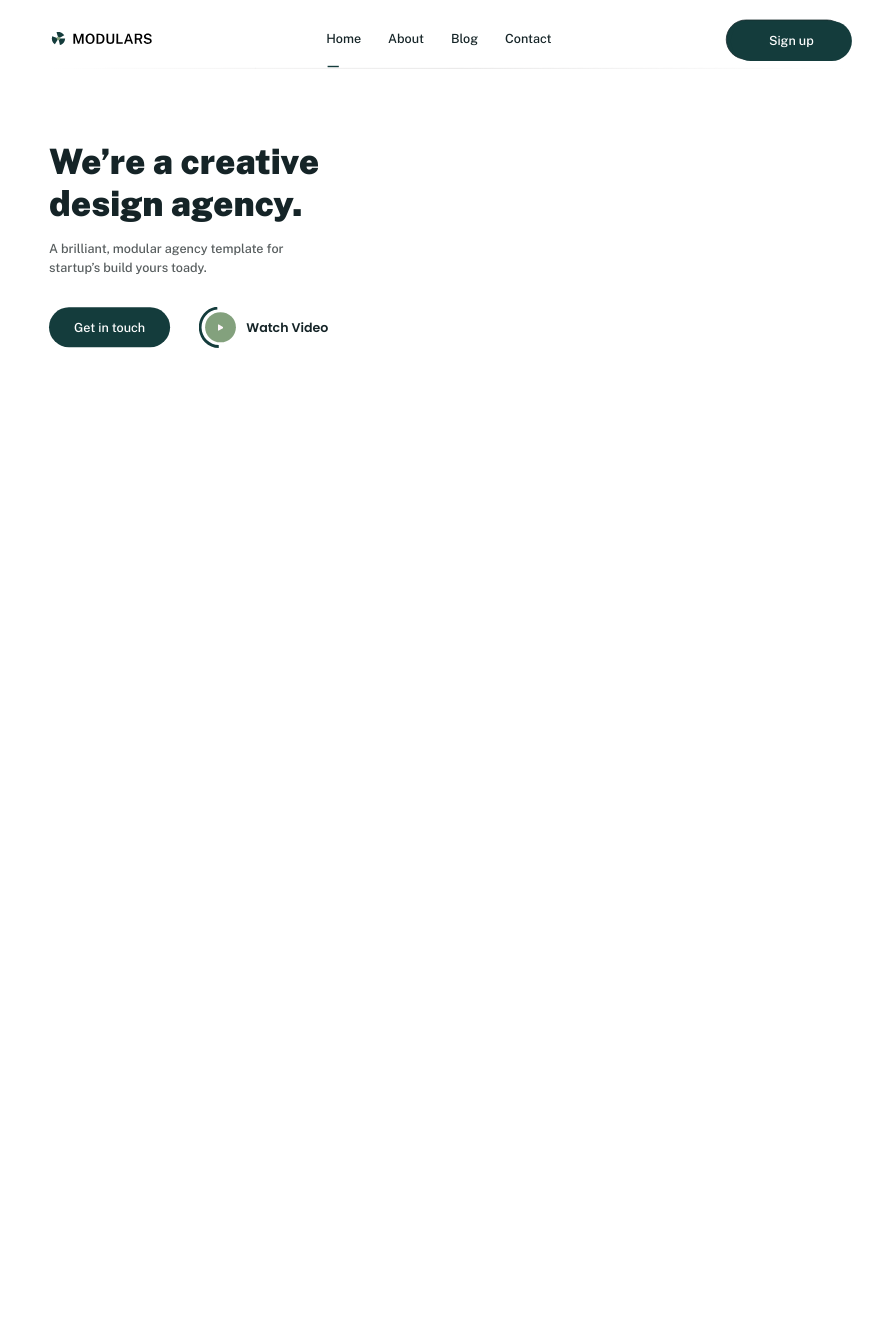
Repository: Learncode-every-day/Project-3.1
Page: index.html
An editor plug-in stored every save of this project. The page is shown before and after the next save, followed by the edit.
The browser window is 1280 px wide. The pictures show the part of the page from y = 0 to 1920 px (the page is 5015 px tall), at 70% of full size.

Above is the page before, as saved 2024-06-22 16:10:53.

After the next save:
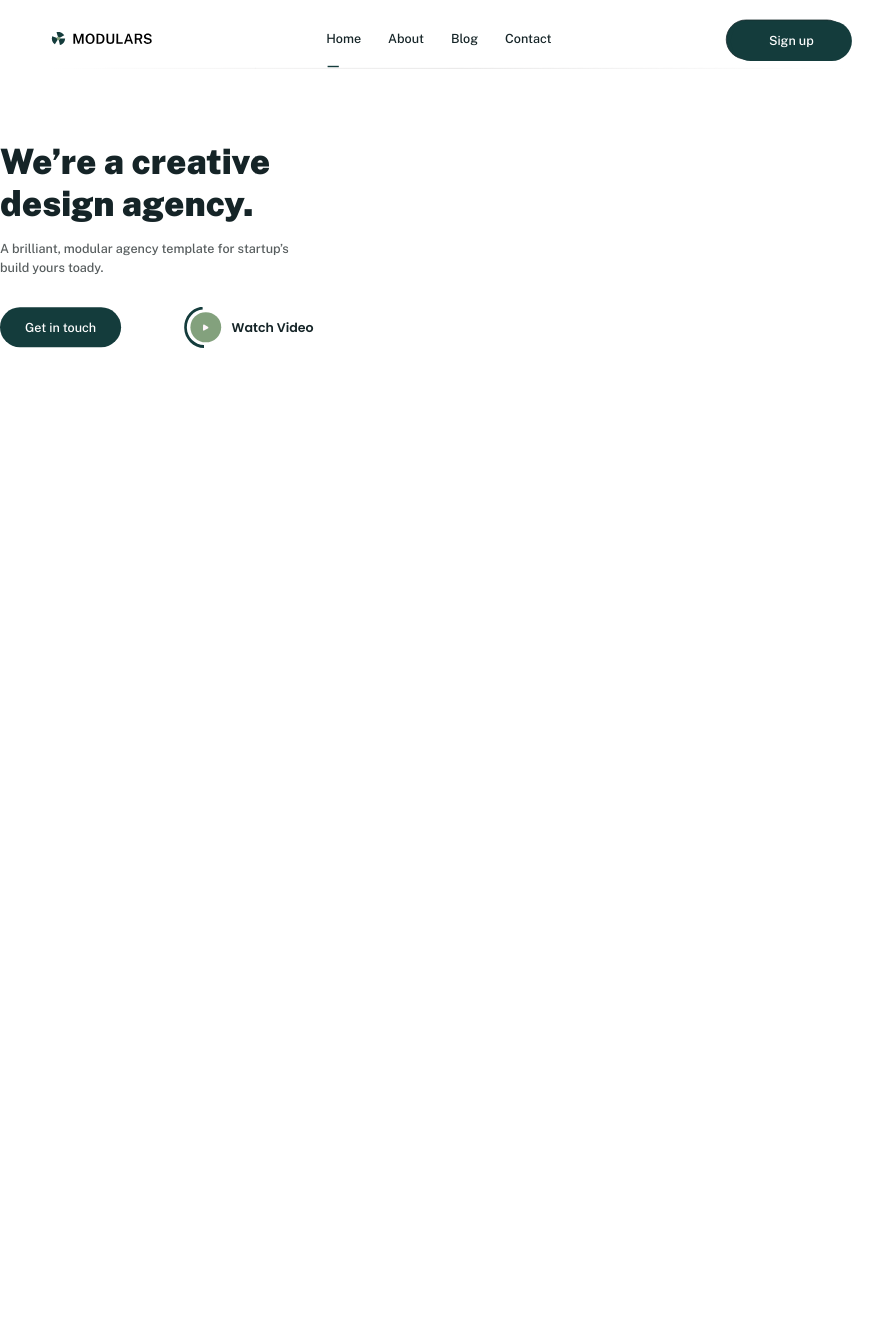
Saved 3 min 29 s later.
--- a/index.html
+++ b/index.html
@@ -127,7 +127,8 @@
                     </button>
                 </div>
                 <div class="separate-line"></div>
-
+            </div>
+            <main>
                 <!-- Hero -->
                 <section class="hero">
                     <!-- Hero Content -->
@@ -161,7 +162,7 @@
                         </div>
                     </section>
                 </section>
-            </div>
+            </main>
         </header>
     </body>
 </html>

After the save that followed:
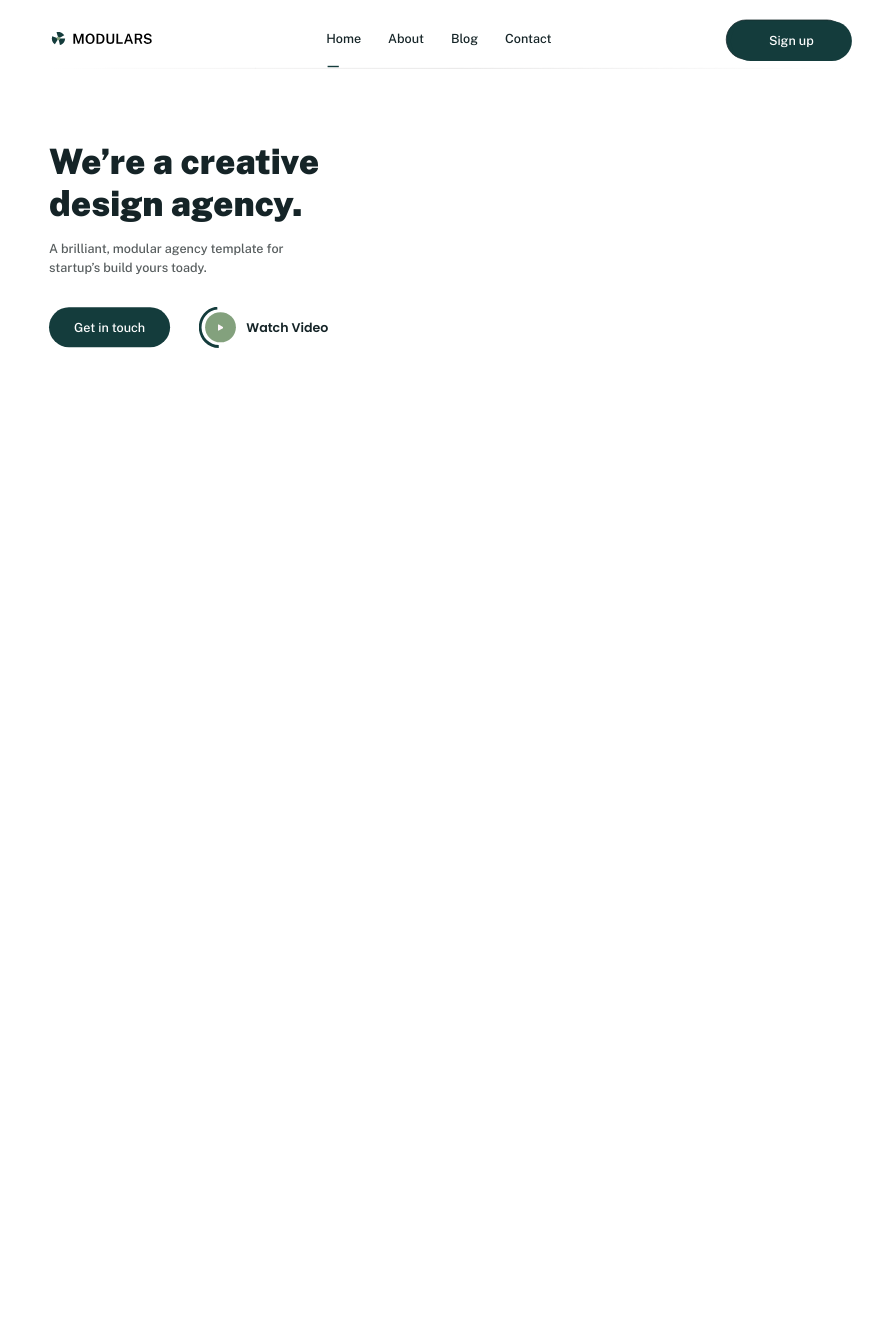
Saved 56 s later.
--- a/index.html
+++ b/index.html
@@ -131,36 +131,38 @@
             <main>
                 <!-- Hero -->
                 <section class="hero">
-                    <!-- Hero Content -->
-                    <section class="hero__content">
-                        <h1 class="hero__heading">
-                            We’re a creative design agency.
-                        </h1>
-                        <p class="hero__desc">
-                            A brilliant, modular agency template for startup’s
-                            build yours toady.
-                        </p>
-                        <div class="hero__row">
-                            <a href="#!" class="btn">Get in touch</a>
-                            <div class="hero-action">
-                                <div class="play-btn">
-                                    <img
-                                        src="./assets/icons/eclip.svg"
-                                        alt="eclip"
-                                        class="eclip-icon"
-                                    />
-                                    <img
-                                        src="./assets/icons/play.svg"
-                                        alt="Play button"
-                                        class="play-icon"
-                                    />
+                    <div class="container">
+                        <!-- Hero Content -->
+                        <section class="hero__content">
+                            <h1 class="hero__heading">
+                                We’re a creative design agency.
+                            </h1>
+                            <p class="hero__desc">
+                                A brilliant, modular agency template for
+                                startup’s build yours toady.
+                            </p>
+                            <div class="hero__row">
+                                <a href="#!" class="btn">Get in touch</a>
+                                <div class="hero-action">
+                                    <div class="play-btn">
+                                        <img
+                                            src="./assets/icons/eclip.svg"
+                                            alt="eclip"
+                                            class="eclip-icon"
+                                        />
+                                        <img
+                                            src="./assets/icons/play.svg"
+                                            alt="Play button"
+                                            class="play-icon"
+                                        />
+                                    </div>
+                                    <span class="hero-action__desc"
+                                        >Watch Video</span
+                                    >
                                 </div>
-                                <span class="hero-action__desc"
-                                    >Watch Video</span
-                                >
                             </div>
-                        </div>
-                    </section>
+                        </section>
+                    </div>
                 </section>
             </main>
         </header>
